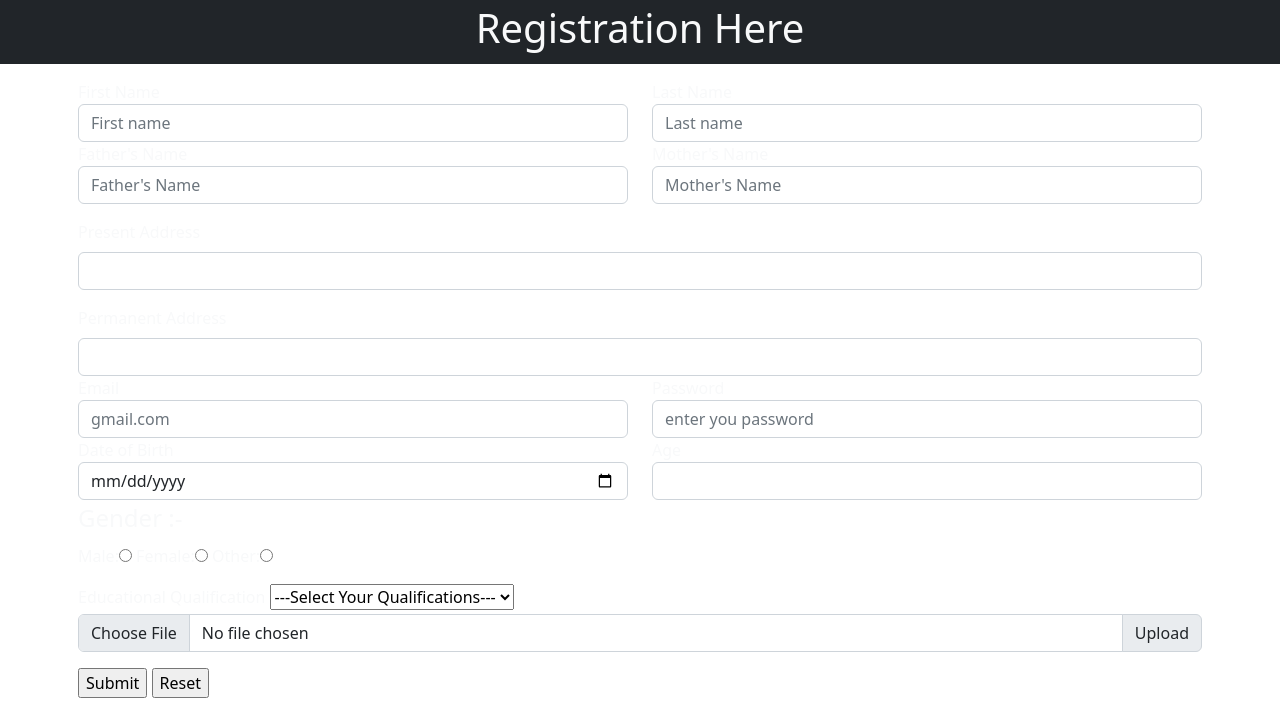
Repository: OmarFaruq97/JspServlet
Page: http://localhost/Form/pages/MainForm.jsp
The author's editor kept a copy of each file at every save. The page is drawn from the files as they stood at one save, then again after the next save.
The browser window is 1280 px wide. The pictures show the whole page.
The page is served by Tomcat 9. Other server files are loaded and not shown.

Above is the page before, as saved 2025-02-07 10:24:27.

### Form/src/main/webapp/pages/MainForm.jsp
<%@ page language="java" contentType="text/html; charset=UTF-8"
    pageEncoding="UTF-8"%>
 <%@ taglib uri="http://java.sun.com/jsp/jstl/core" prefix="c" %>
<!DOCTYPE html>
<html>
<head>
<meta charset="UTF-8">
<title>Registration Form</title>
<link href="https://cdn.jsdelivr.net/npm/bootstrap@5.2.3/dist/css/bootstrap.min.css" rel="stylesheet">
</head>
<body>

  <div class="container-fluid bg-dark text-light py-1">
    <header class="text-center">
      <h2 class="display-6">Registration Here</h2>

    </header>

  </div>
  <!--form onsubmit="saveData()"-->
  <form onsubmit="saveData()">
    <section class="container my-2 text-light w-65 p-2">

      <div class="row">
        <div class="col">
          <label for="fname">First Name</label>
          <input type="text" class="form-control" placeholder="First name" id="fname">
        </div>

        <div class="col">
          <label for="lname">Last Name</label>
          <input type="text" class="form-control" placeholder="Last name" id="lname">
        </div>
      </div>
      <div class="row">
        <div class="col mb-3">
          <label for="fn">Father's Name</label>
          <input type="text" class="form-control" placeholder="Father's Name" id="fn">
        </div>

        <div class="col">
          <label for="mn">Mother's Name</label>
          <input type="text" class="form-control" placeholder="Mother's Name" id="mn">
        </div>
      </div>

      <div class="mb-3">
        <label for="" class="form-label">Present Address</label>
        <input type="text" class="form-control" id="">
      </div>
      <div>
        <label for="" class="form-label">Permanent Address</label>
        <input type="text" class="form-control" id="">
      </div>

      <div class="row">
        <div class="col">
          <label for="em">Email</label>
          <input type="email" class="form-control" placeholder="gmail.com" id="em">
        </div>

        <div class="col">
          <label for="pswrd">Password</label>
          <input type="password" class="form-control" placeholder="enter you password" id="pswrd">
        </div>
      </div>

      <div class="row">
        <div class="col-6">
          <label for="">Date of Birth</label>
          <input type="date" name="" id="" class="form-control">
        </div>
        <div class="col-6">
          <label>Age</label>
          <input type="number" name="" id="" class="form-control">
        </div>

      </div>


      <fieldset>

        <legend>Gender :- </legend>
        Male:<input type="radio" name="gn">
        Female:<input type="radio" name="gn">
        Other:<input type="radio" name="gn">

      </fieldset>

      <div class="mt-3">
        <label>Educational Qualification</label>
        <select>
          <option>---Select Your Qualifications---</option>
          <option>GRADUATE/FAZIL</option>
          <option>HSC/DHAKHIL</option>
          <option>SSC/ALIM</option>
        </select>
      </div>

      <div class="input-group mt-1">
        <input type="file" class="form-control" id="inputGroupFile02">
        <label class="input-group-text" for="inputGroupFile02">Upload</label>
      </div>

      <div class="mt-3">
        <input type="Submit" name="" value="Submit">
        <input type="Reset" name="" value="Reset">
      </div>
    </section>
  </form>


  <script src="https://cdn.jsdelivr.net/npm/bootstrap@5.2.3/dist/js/bootstrap.bundle.min.js"></script>

</body>
</html>

After the next save:
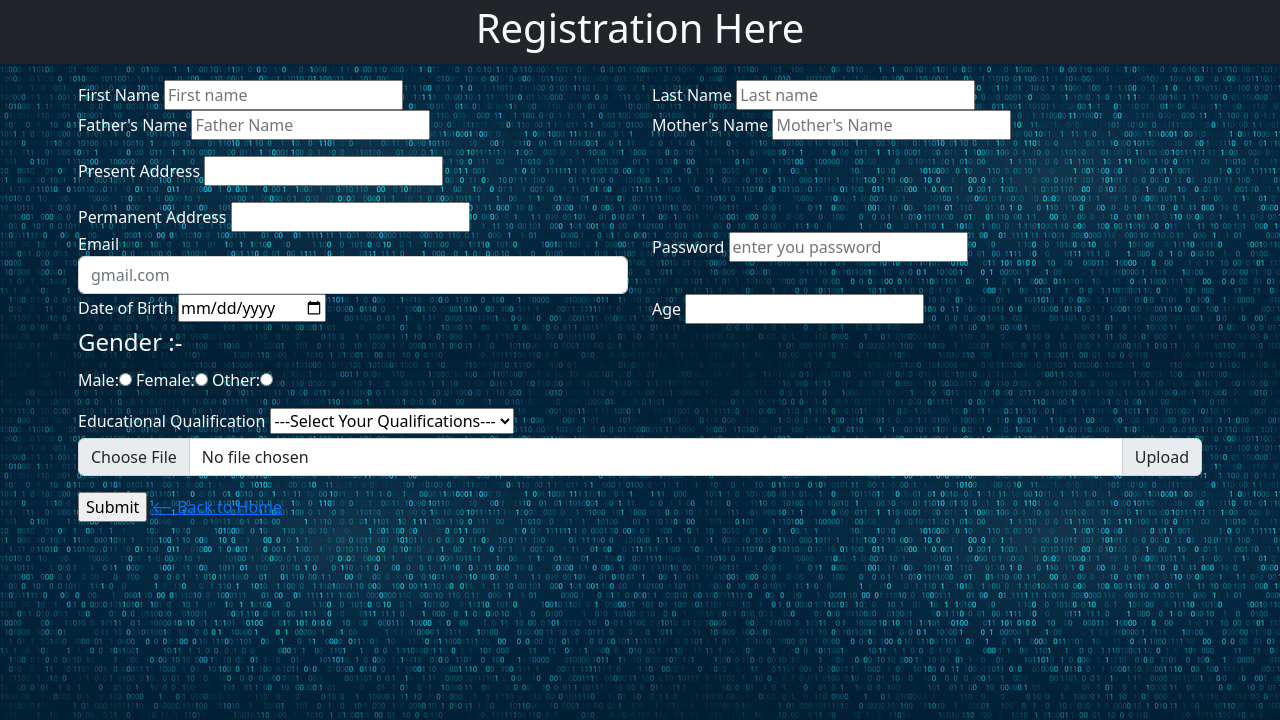
Saved 90 min 25 s later.
--- a/Form/src/main/webapp/pages/MainForm.jsp
+++ b/Form/src/main/webapp/pages/MainForm.jsp
@@ -1,56 +1,64 @@
 <%@ page language="java" contentType="text/html; charset=UTF-8"
     pageEncoding="UTF-8"%>
- <%@ taglib uri="http://java.sun.com/jsp/jstl/core" prefix="c" %>
+ <%-- <%@ taglib uri="http://java.sun.com/jsp/jstl/core" prefix="c" %> --%>
+
 <!DOCTYPE html>
 <html>
 <head>
 <meta charset="UTF-8">
 <title>Registration Form</title>
 <link href="https://cdn.jsdelivr.net/npm/bootstrap@5.2.3/dist/css/bootstrap.min.css" rel="stylesheet">
+	<style type="text/css">
+		body {
+					background: url(pic.jpg);
+			}
+	</style>
 </head>
 <body>
 
   <div class="container-fluid bg-dark text-light py-1">
-    <header class="text-center">
-      <h2 class="display-6">Registration Here</h2>
 
-    </header>
+	    <header class="text-center">
+			 <h2 class="display-6">Registration Here</h2>
+	    </header>
 
   </div>
-  <!--form onsubmit="saveData()"-->
-  <form onsubmit="saveData()">
+
+  <form action= "StudentServlet" method= "post">
+  	<input type="hidden" name="action" value="add">
+
     <section class="container my-2 text-light w-65 p-2">
 
       <div class="row">
         <div class="col">
-          <label for="fname">First Name</label>
-          <input type="text" class="form-control" placeholder="First name" id="fname">
+          <label for="firstname">First Name</label>
+          <input type="text" id="firstname"  name="firstname"  placeholder="First name">
         </div>
 
         <div class="col">
-          <label for="lname">Last Name</label>
-          <input type="text" class="form-control" placeholder="Last name" id="lname">
+          <label for="lastname">Last Name</label>
+          <input type="text" id="lastname" name= "lastname" placeholder="Last name">
         </div>
       </div>
       <div class="row">
         <div class="col mb-3">
-          <label for="fn">Father's Name</label>
-          <input type="text" class="form-control" placeholder="Father's Name" id="fn">
+          <label for="lastname">Father's Name</label>
+          <input type="text" id="fathername" name= "fathername" placeholder="Father Name">
         </div>
 
         <div class="col">
-          <label for="mn">Mother's Name</label>
-          <input type="text" class="form-control" placeholder="Mother's Name" id="mn">
+          <label for="mothername">Mother's Name</label>
+          <input type="text" id="mothername" name="mothernamemn"  placeholder="Mother's Name">
         </div>
       </div>
 
       <div class="mb-3">
-        <label for="" class="form-label">Present Address</label>
-        <input type="text" class="form-control" id="">
+        <label for="presentaddress">Present Address</label>
+        <input type="text"  id="presentaddress" name ="presentaddress">
       </div>
       <div>
-        <label for="" class="form-label">Permanent Address</label>
-        <input type="text" class="form-control" id="">
+        <label for="permanentaddress">Permanent Address</label>
+        <input type="text"  id="permanentaddress" name ="permanentaddress">
       </div>
 
       <div class="row">
@@ -60,30 +68,29 @@
         </div>
 
         <div class="col">
-          <label for="pswrd">Password</label>
-          <input type="password" class="form-control" placeholder="enter you password" id="pswrd">
+          <label for="password">Password</label>
+          <input type="password" id="password" name= "password"  placeholder="enter you password">
         </div>
       </div>
 
       <div class="row">
-        <div class="col-6">
-          <label for="">Date of Birth</label>
-          <input type="date" name="" id="" class="form-control">
-        </div>
-        <div class="col-6">
-          <label>Age</label>
-          <input type="number" name="" id="" class="form-control">
-        </div>
+		        <div class="col-6">
+			          <label for="dateofbirth">Date of Birth</label>
+			          <input type="date" name="dateofbirth" id="dateofbirth" >
+		        </div>
 
+	        <div class="col-6">
+		          <label for ="age">Age</label>
+		          <input type="number" name="" id="age" >
+	        </div>
       </div>
-
 
       <fieldset>
 
-        <legend>Gender :- </legend>
-        Male:<input type="radio" name="gn">
-        Female:<input type="radio" name="gn">
-        Other:<input type="radio" name="gn">
+	        <legend>Gender :- </legend>
+	        Male:<input type="radio" name="gn">
+	        Female:<input type="radio" name="gn">
+	        Other:<input type="radio" name="gn">
 
       </fieldset>
 
@@ -104,7 +111,8 @@
 
       <div class="mt-3">
         <input type="Submit" name="" value="Submit">
-        <input type="Reset" name="" value="Reset">
+        <a class="yellow-btn" href="/Form">⟵ Back to Home</a>
+
       </div>
     </section>
   </form>
